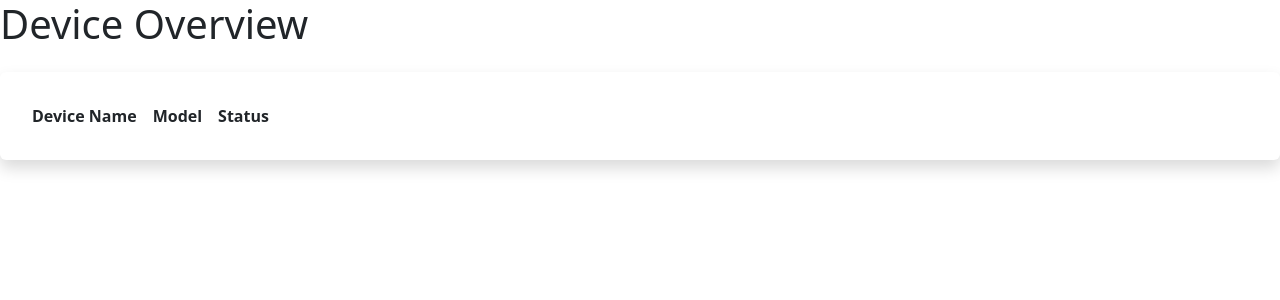
Repository: Sarary2/AEMS_2MVP
Page: / (app in frontend/AEMS/)
An editor plug-in stored every save of this project. The page is shown before and after the next save, followed by the edit.
The browser window is 1280 px wide. The pictures show the whole page.
The page's requests for data from a server got no answer. The project was rebuilt for these pictures with package versions that can differ from the ones it lists, and the page was loaded fresh each time. No one was signed in, and anything a server would have sent is missing. Also part of the build but not shown: frontend/AEMS/vite.config.js, frontend/AEMS/src/components/DeviceRow.jsx.

Above is the page before, as saved 2025-05-05 20:24:46.

After the next save:
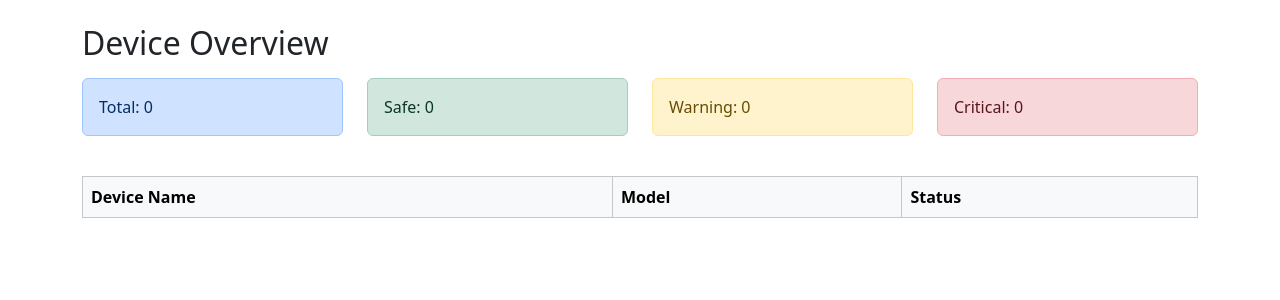
Saved 12 s later.
--- a/frontend/AEMS/src/pages/Dashboard.jsx
+++ b/frontend/AEMS/src/pages/Dashboard.jsx
@@ -6,33 +6,35 @@ export default function Dashboard() {
   const [devices, setDevices] = useState([]);
 
   useEffect(() => {
-    axios.get('http://localhost:5001/api/devices/all').then(res => setDevices(res.data));
+    axios.get('http://localhost:5001/api/devices/all')
+      .then(res => setDevices(res.data))
+      .catch(err => console.error(err));
   }, []);
 
   return (
-    <div className="min-h-screen bg-gray-100 p-8">
-      <h1 className="text-2xl font-bold text-blue-700 mb-4">Device Overview</h1>
-      <div className="bg-white rounded shadow p-4">
-        <table className="w-full">
-          <thead>
-            <tr className="text-left border-b">
-              <th className="p-2">Device Name</th>
-              <th className="p-2">Model</th>
-              <th className="p-2">Status</th>
-            </tr>
-          </thead>
-          <tbody>
-            {devices.map((device, idx) => (
-              <DeviceRow
-                key={idx}
-                name={device.deviceName}
-                model={device.model}
-                status={device.status}
-              />
-            ))}
-          </tbody>
-        </table>
+    <div className="container mt-4">
+      <h2 className="mb-3">Device Overview</h2>
+      <div className="row mb-4">
+        <div className="col"><div className="alert alert-primary">Total: {devices.length}</div></div>
+        <div className="col"><div className="alert alert-success">Safe: {devices.filter(d => d.status === 'Safe').length}</div></div>
+        <div className="col"><div className="alert alert-warning">Warning: {devices.filter(d => d.status === 'Warning').length}</div></div>
+        <div className="col"><div className="alert alert-danger">Critical: {devices.filter(d => d.status === 'Critical').length}</div></div>
       </div>
+
+      <table className="table table-hover table-bordered">
+        <thead className="table-light">
+          <tr>
+            <th>Device Name</th>
+            <th>Model</th>
+            <th>Status</th>
+          </tr>
+        </thead>
+        <tbody>
+          {devices.map((device, i) => (
+            <DeviceRow key={i} {...device} />
+          ))}
+        </tbody>
+      </table>
     </div>
   );
 }
